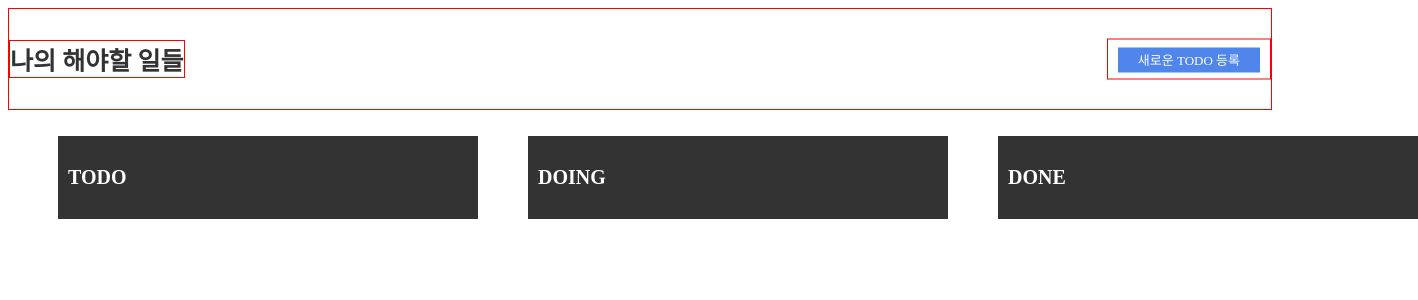
Repository: estellechoi/jsp-project-todo
Page: http://localhost/todo/MainServlet
These files come from the project's save history. The page is drawn as it stood at one moment and after the next save; the edit follows.
The browser window is 1280 px wide. The page is 1418 px wide, so the pictures cover 1418 px, including what lies to the right of the window. The pictures show the whole page.
The page is served by Tomcat 9. Queries for data that is not in the repository find no rows.

Above is the page before, as saved 2019-12-08 08:13:04.

After the next save:
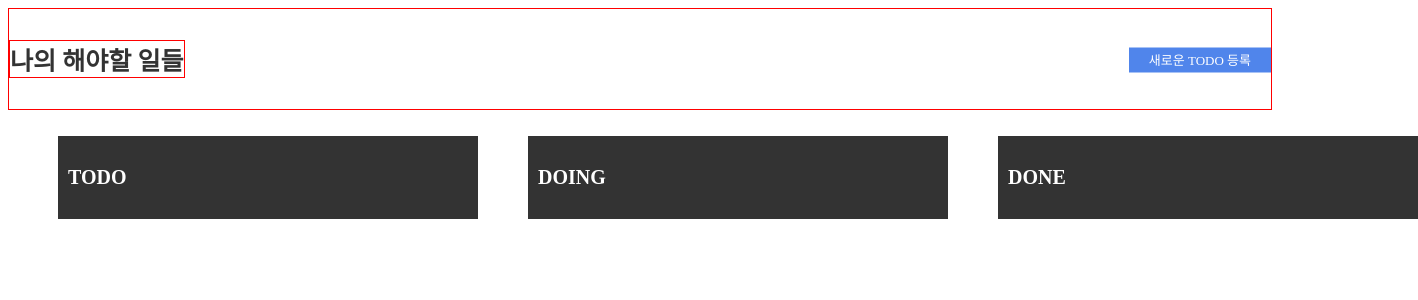
Saved 17 s later.
--- a/todo/src/main/webapp/jsp/main.jsp
+++ b/todo/src/main/webapp/jsp/main.jsp
@@ -42,8 +42,6 @@
 
 	#header_btns {
 		float: right;
-		padding: 10px;
-		border: 1px solid red;
 		position: relative;
 		top: 50%;
 		transform: translateY(-50%);
